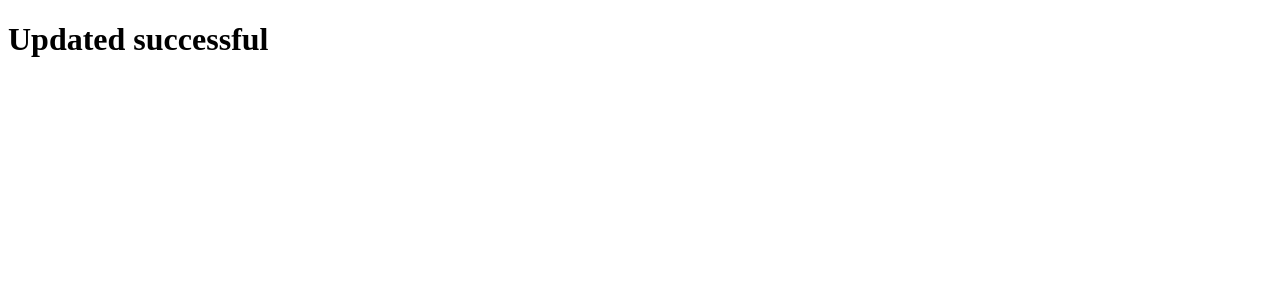
Repository: sainath0323/Website-design-using-J2EE
Page: http://localhost/AdvanceJavaApplication/ResetSuccess.jsp
These files come from the project's save history. The page is drawn as it stood at one moment and after the next save; the edit follows.
The browser window is 1280 px wide. The pictures show the whole page.
The page is served by Tomcat 9. Other server files are loaded and not shown.

Above is the page before, as saved 2023-04-25 08:57:46.

### AdvanceJavaApplication/src/main/webapp/ResetSuccess.jsp
<%@ page language="java" contentType="text/html; charset=ISO-8859-1"
	pageEncoding="ISO-8859-1"%>
<!DOCTYPE html>
<html>
<head>
<meta charset="ISO-8859-1">
<title>Insert title here</title>
</head>
<body>
	<h1>Updated successful</h1>
</body>
</html>

After the next save:
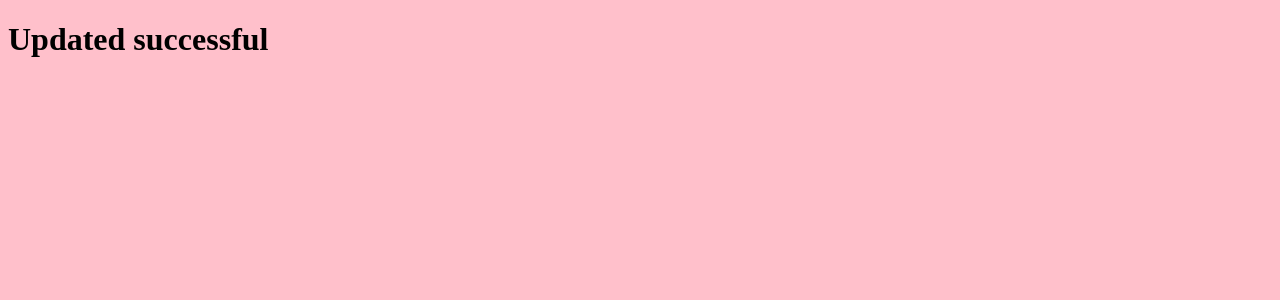
Saved 6 min 40 s later.
--- a/AdvanceJavaApplication/src/main/webapp/ResetSuccess.jsp
+++ b/AdvanceJavaApplication/src/main/webapp/ResetSuccess.jsp
@@ -6,7 +6,7 @@
 <meta charset="ISO-8859-1">
 <title>Insert title here</title>
 </head>
-<body>
+<body  bgcolor="pink">
 	<h1>Updated successful</h1>
 </body>
 </html>
